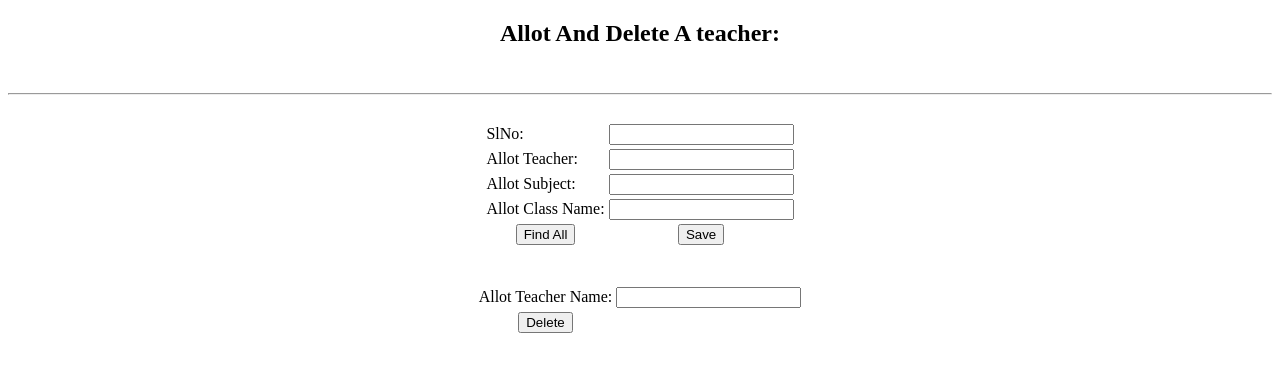
Repository: mdzeyan/JavaFSD-phase2-project
Page: Learners_Academy/src/main/webapp/AllotTeacher.html
These files come from the project's save history. The page is drawn as it stood at one moment and after the next save; the edit follows.
The browser window is 1280 px wide. The pictures show the whole page.

Above is the page before, as saved 2022-04-01 06:46:23.

### Learners_Academy/src/main/webapp/AllotTeacher.html
<!DOCTYPE html>
<html>
<head>
<meta charset="ISO-8859-1">
<title>Insert title here</title>
</head>
<body>

<form action="ClassBusinessesServlet" method="get">
	<h2 align="center">Allot And Delete A teacher:</h2>
	<br>
	<hr>
	<br>
	<table align="center">


		<tr>
			<td>SlNo:</td>
			<td><input type="text" name="slNo"></td>
		</tr>
		<tr>
			<td>Allot Teacher:</td>
			<td><input type="text" name="allocatedTeacher"></td>
		</tr>
		<tr>
			<td>Allot Subject:</td>
			<td><input type="text" name="allocatedSubject"></td>
		</tr>
		<tr>
			<td>Allot Class Name:</td>
			<td><input type="text" name="allocatedClass"></td>
		</tr>

		<tr>
			<td align="center"><input type="submit" value="Find All" name="button"></td>
			<td align="center"><input type="submit" value="Save" name="button"></td>
		</tr>

	</table>
	<br><br>
	<table align="center">
		<tr>
			<td>Allot Teacher Name:</td>
			<td><input type="text" name="allocatedTeacher"></td>
		</tr>
		<tr>
			<td align="center"><input type="submit" value="Delete" name="button"></td>
		</tr>
	</table>
	</form>

</body>
</html>

After the next save:
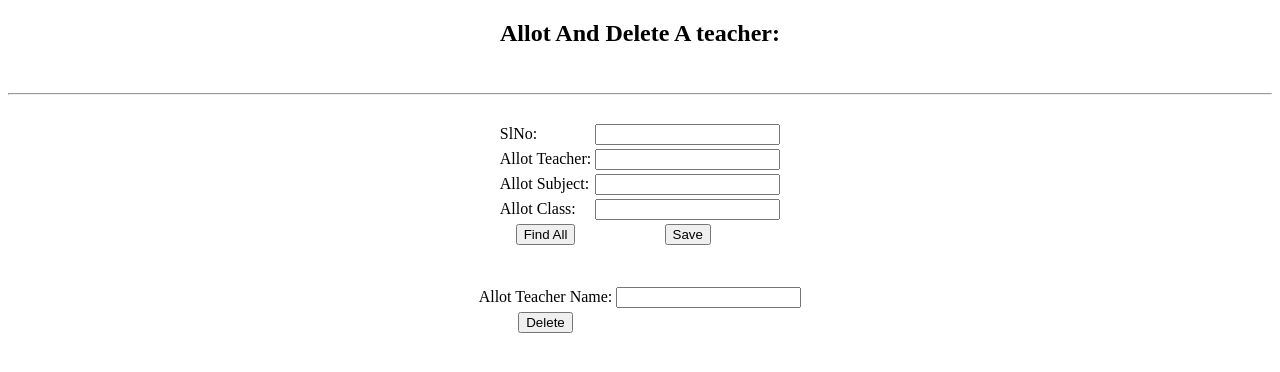
Saved 5 s later.
--- a/Learners_Academy/src/main/webapp/AllotTeacher.html
+++ b/Learners_Academy/src/main/webapp/AllotTeacher.html
@@ -27,7 +27,7 @@
 			<td><input type="text" name="allocatedSubject"></td>
 		</tr>
 		<tr>
-			<td>Allot Class Name:</td>
+			<td>Allot Class:</td>
 			<td><input type="text" name="allocatedClass"></td>
 		</tr>
 
